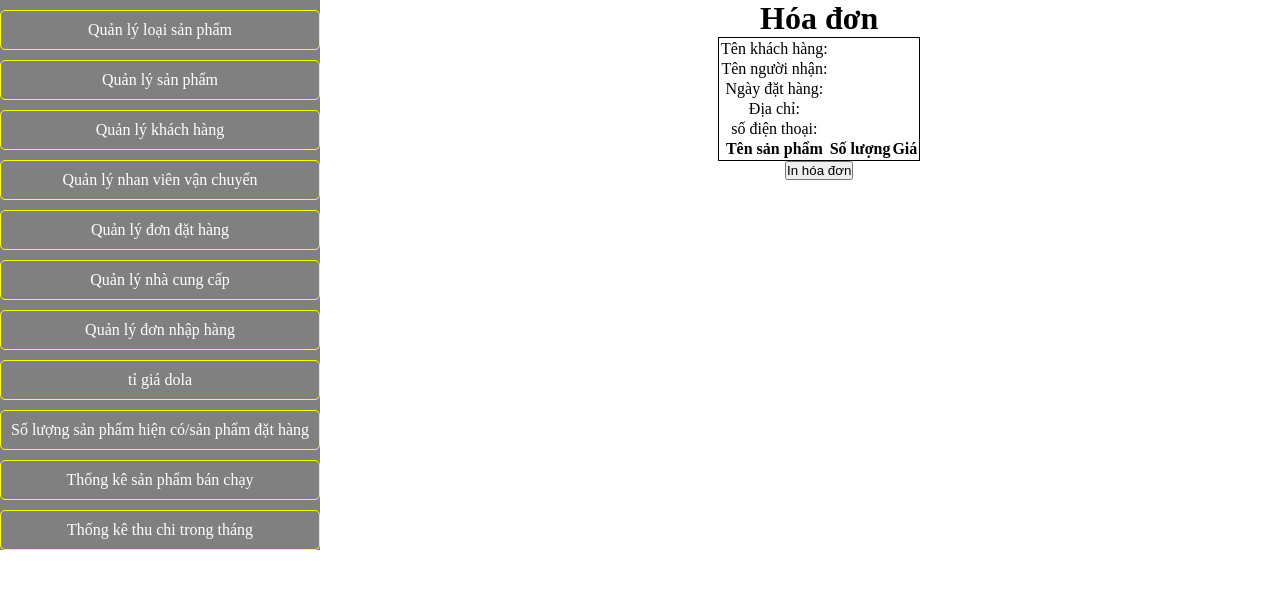
Repository: tranminhtam92/web
Page: http://localhost/demoview/admin/Exportbill.jsp
An editor plug-in stored every save of this project. The page is shown before and after the next save, followed by the edit.
The browser window is 1280 px wide. The pictures show the whole page.
The page is served by Tomcat 9. The template is opened directly, without the code that normally fills it, so the values that code supplies are empty.

Above is the page before, as saved 2016-12-26 17:18:33.

After the next save:
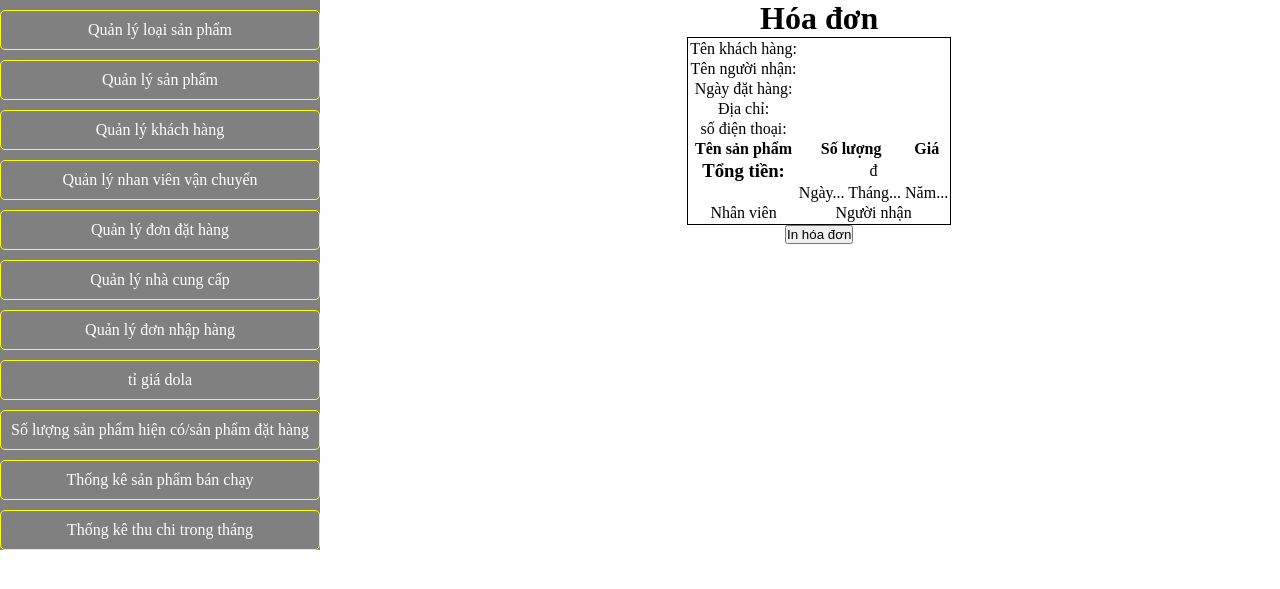
Saved 2 min 36 s later.
--- a/Code/demoview/WebContent/admin/Exportbill.jsp
+++ b/Code/demoview/WebContent/admin/Exportbill.jsp
@@ -55,6 +55,8 @@
 <td>${product.soluong}</td>
 <td><fmt:formatNumber type="number" pattern="###,###" value="${product.gia-((product.gia*product.khuyenmai)/100)}"/>đ/kg</td>
 </tr>
+
+</c:forEach>
 <tr>
 <td><h3> Tổng tiền:</h3>
 <td colspan="2"><fmt:formatNumber type="number" pattern="###,###" value="${order.tongtien}"/>đ
@@ -67,19 +69,6 @@
 <td colspan="1">Nhân viên
 <td colspan="2">Người nhận
 </tr>
-<tr>
-<td>
-</tr>
-<tr>
-<td>
-</tr>
-<tr>
-<td>
-</tr>
-<tr>
-<td>
-</tr>
-</c:forEach>
 </table>
 
 </div>
